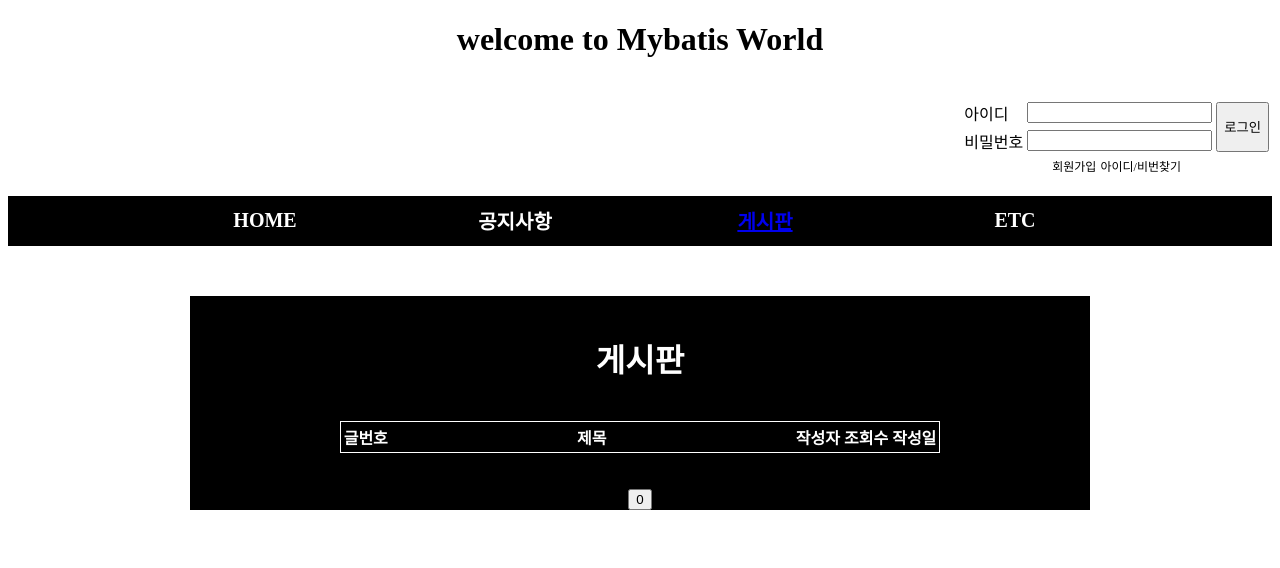
Repository: didwlwd/workspace
Page: http://localhost/mybatisProject/views/board/boardListView.jsp
These files come from the project's save history. The page is drawn as it stood at one moment and after the next save; the edit follows.
The browser window is 1280 px wide. The pictures show the whole page.
The page is served by Tomcat 10. Other server files are loaded and not shown. The template is opened directly, without the code that normally fills it, so the values that code supplies are empty.

Above is the page before, as saved 2025-03-07 01:28:49.

### 08_myBatis/mybatisProject/src/main/webapp/views/board/boardListView.jsp
<%@ page language="java" contentType="text/html; charset=UTF-8"
    pageEncoding="UTF-8"%>
<%@ taglib prefix="c" uri="http://java.sun.com/jsp/jstl/core" %>
<!DOCTYPE html>
<html>
<head>
<meta charset="UTF-8">
<title>Insert title here</title>
<style>
    #list-area{
        border: 1px solid white;
        text-align: center;
    }

    .outer a{
        color: white;
        text-decoration: none;
    }
</style>
</head>
<body>
    <jsp:include page="../common/menubar.jsp" />

    <div class="outer" align="center">
        <br>
        <h1 align="center">게시판</h1>
        <br>

        <table id="list-area">
            <thead>
                <tr>
                    <th>글번호</th>
                    <th width="400">제목</th>
                    <th>작성자</th>
                    <th>조회수</th>
                    <th>작성일</th>
                </tr>
            </thead>
            <tbody>
                <c:forEach var="b" items="${list}">
                	<tr>
                		<td>${b.boardNo}</td>
                		<td>${b.boardTitle}</td>
                		<td>${b.userId}</td>
                		<td>${b.count}</td>
                		<td>${b.createDate}</td>
                	</tr>
                </c:forEach>
            </tbody>
        </table>
        <br><br>
        <div align="center">
        	<c:if test="${pi.currentPage > 1 }">
            	<button class="btn btn-sm btn-primary"onclick="location.href='${pageContext.request.contextPath}/list.bo?cpage=${pi.currentPage - 1}'">&lt;이전</button>
            </c:if>

            <c:forEach var="p" begin="${pi.startPage}" end="${pi.endPage}">
            	<c:choose>
            		<c:when test="${p == pi.currentPage }">
            			<button class="btn btn-sm btn-primary" disabled>${p}</button>
            		</c:when>
            		<c:otherwise>
            			<button class="btn btn-sm btn-primary" onclick="location.href='${pageContext.request.contextPath}/list.bo?cpage=${p}'">${p}</button>
            		</c:otherwise>
            	</c:choose>
            </c:forEach>

            <c:if test="${pi.currentPage < pi.maxPage}">
            	<button class="btn btn-sm btn-primary" onclick="location.href='${pageContext.request.contextPath}/list.bo?cpage=${pi.currentPage + 1}'">다음&gt;</button>
            </c:if>


        </div>
    </div>
</body>
</html>

### 08_myBatis/mybatisProject/src/main/webapp/views/common/menubar.jsp
<%@ page language="java" contentType="text/html; charset=UTF-8"
    pageEncoding="UTF-8"%>
<%@ taglib prefix="c" uri="http://java.sun.com/jsp/jstl/core" %>
<!DOCTYPE html>
<html>
<head>
<meta charset="UTF-8">
<title>Insert title here</title>
<style>
    .login-area a{
        text-decoration: none;
        color: black;
        font-size: 12px;
    }

    .nav-area{
        background: black;
        color: white;
        height: 50px;
    }
    .menu{
        display: table-cell;
        width: 250px;
        height: 50px;
        vertical-align: middle;
        font-size: 20px;
        font-weight: bold;
    }
    .outer{
    	width: 900px;
    	background: black;
    	color: white;
    	margin: auto;
    	margin-top: 50px;
    }
</style>
</head>
<body>

    <h1 align="center">welcome to Mybatis World</h1>
    <br>

    <div class="login-area" align="right">
        <!-- 로그인전 -->
        <c:choose>
        	<c:when test="${empty loginUser}">
        	<form action="${pageContext.request.contextPath}/login.me" method="post">
		        <table>
		            <tr>
		                <td>아이디</td>
		                <td><input type="text" name="userId" required></td>
		                <td rowspan="2"><button type="submit" style="height: 50px;">로그인</button></td>
		            </tr>
		            <tr>
		                <td>비밀번호</td>
		                <td><input type="password" name="userPwd" required></td>

		            </tr>
		            <tr>
		                <td colspan="3" align="center">
		                    <a href="enrollForm.me">회원가입</a>
		                    <a href="">아이디/비번찾기</a>
		                </td>
		            </tr>
	            </table>
	        </form>
        	</c:when>
        	<c:otherwise>
        		<!-- 로그인후 -->
			        <div>
			            <table>
			                <tr>
			                    <td colspan="2">
			                        <h3>${loginUser.userName}님 환영합니다. </h3>
			                    </td>
			                    <td></td>
			                </tr>
			                <tr>
			                    <td><a href="myPage.me">마이페이지</a></td>
			                    <td><a href="">로그아웃</a></td>
			                </tr>
			            </table>
			        </div>
        	</c:otherwise>
        </c:choose>
    </div>
    <br>

    <div class="nav-area" align="center">
        <div class="menu">HOME</div>
        <div class="menu">공지사항</div>
        <div class="menu"><a href="lsit.bo?cpage=1">게시판</a></div>
        <div class="menu">ETC</div>
    </div>
</body>
</html>

After the next save:
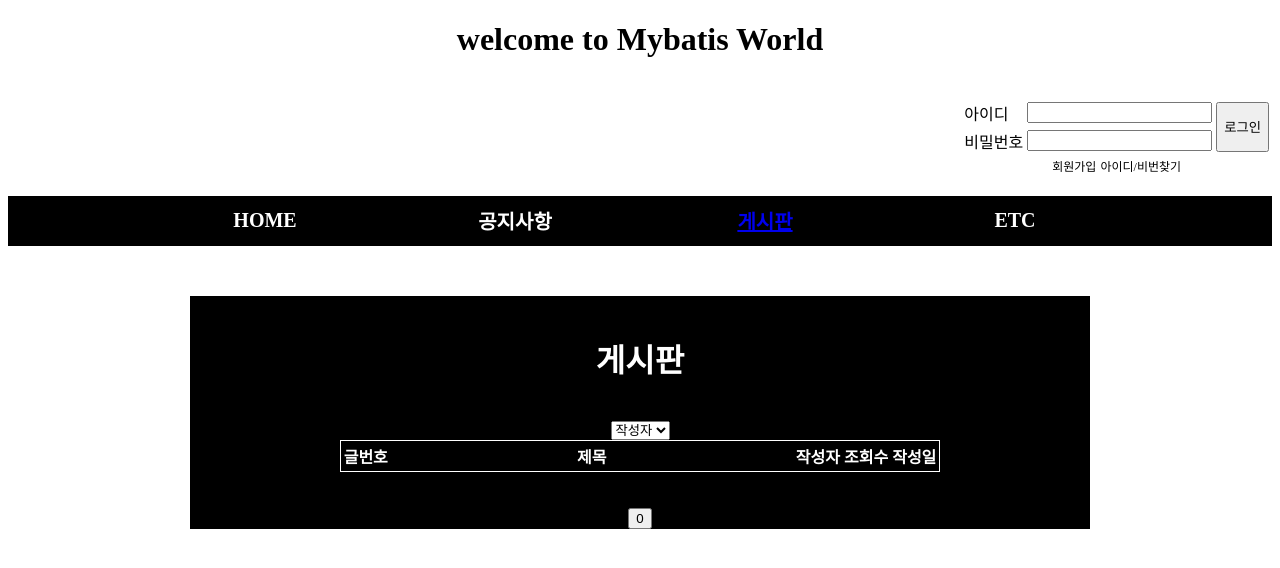
Saved 4 min 51 s later.
--- a/08_myBatis/mybatisProject/src/main/webapp/views/board/boardListView.jsp
+++ b/08_myBatis/mybatisProject/src/main/webapp/views/board/boardListView.jsp
@@ -25,6 +25,16 @@
         <br>
         <h1 align="center">게시판</h1>
         <br>
+
+		<div>
+			<form>
+				<select name="condition">
+					<option>작성자</option>
+					<option>제목</option>
+					<option>내용</option>
+				</select>
+			</form>
+		</div>
 
         <table id="list-area">
             <thead>
